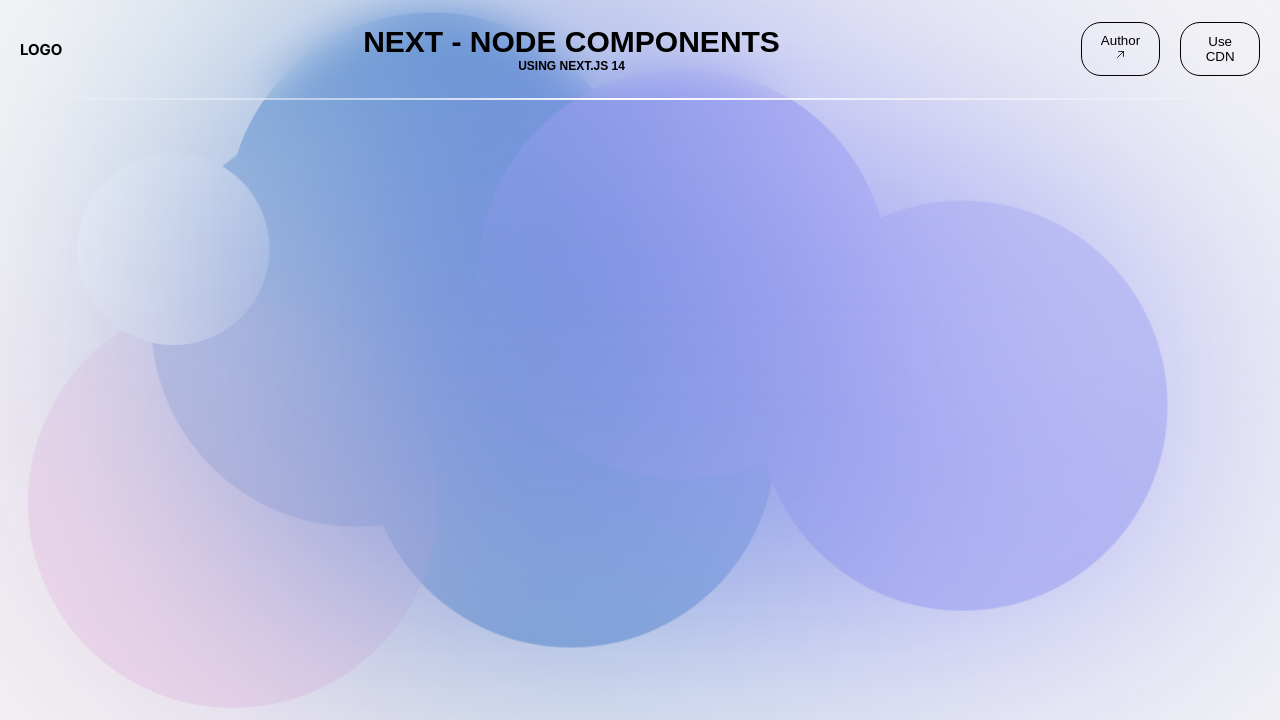
Repository: keval-gohil/komponents
Page: /
An editor plug-in stored every save of this project. The page is shown before and after the next save, followed by the edit.
The browser window is 1280 px wide. The pictures show the whole page.
Some web fonts or font styles are not loaded; a fallback is used. The project was rebuilt for these pictures with package versions that can differ from the ones it lists, and the page was loaded fresh each time. The framework's server and built-in components were replaced by stand-ins that run in the browser. Also part of the build but not shown: next.config.mjs.

Above is the page before, as saved 2024-03-07 12:45:25.

### app/layout.js
import { Inter } from "next/font/google";
import "./globals.css";

const inter = Inter({ subsets: ["latin"] });

export const metadata = {
  title: "Komponents | Next-Node",
  description: "Generated by create next app",
};

export default function RootLayout({ children }) {
  return (
    <html lang="en" suppressHydrationWarning={true}>
      <body className={inter.className}>{children}</body>
    </html>
  );
}

### app/page.js
import Background from '@/components/reuse/background'
import Header from '@/components/reuse/header'
import React from 'react'

const page = () => {
  return (
    <>
      <Background />
      <Header />
    </>
  )
}

export default page

### app/globals.css

*,
*:before,
*:after {
	padding: 0;
	margin: 0;
	box-sizing: border-box;
	-webkit-tap-highlight-color: transparent;
}

html {
	scroll-behavior: smooth;
	font-size: 10px;
}

body {
	width: 100%;
	height: 100%;
	overflow-x: hidden;
	background-color: whitesmoke;
}

.bouncing-blob {
	width: 32vw;
	aspect-ratio: 1;
	border-radius: 50%;
	will-change: transform;
	position: absolute;
	z-index: 1;
	top: 0;
	left: 0;
	transform-origin: left top;
  }

  .bouncing-blob--blue {
	background: #4783c7;
  }

  .bouncing-blob--white {
	background: #ffffff;
	z-index: 2;
	width: 15vw;
  }

  .bouncing-blob--purple {
	background: #8c8ff1;
  }

  .bouncing-blob--pink {
	background: #e289cd50;
  }

  .bouncing-blobs-container {
	position: fixed;
	z-index: -1;
	top: 0;
	left: 0;
	width: 100%;
	height: 100%;
  }

  .bouncing-blobs-glass {
	position: absolute;
	z-index: 2;
	top: 0;
	left: 0;
	width: 100%;
	height: 100%;
	backdrop-filter: blur(140px);
	-webkit-backdrop-filter: blur(140px);
	pointer-events: none;
  }

  .bouncing-blobs {
	position: absolute;
	z-index: 1;
	top: 0;
	left: 0;
	width: 100%;
	height: 100%;
  }

  .main-content {
	display: flex;
	flex-direction: column;
	justify-content: center;
	align-items: center;
	width: 100%;
  }




  @media (max-width: 1200px) {
	.bouncing-blobs-glass {
	  backdrop-filter: blur(120px);
	  -webkit-backdrop-filter: blur(120px);
	}
  }

  @media (max-width: 500px) {
	.bouncing-blob {
	  width: 60vw;
	}
	.bouncing-blob--white {
	  width: 30vw;
	}
	.bouncing-blobs-glass {
	  backdrop-filter: blur(90px);
	  -webkit-backdrop-filter: blur(90px);
	}

  }

### components/reuse/background.js
'use client'
import React, { useEffect } from 'react';

const MIN_SPEED = 1.5;
const MAX_SPEED = 2.5;

function randomNumber(min, max) {
  return Math.random() * (max - min) + min;
}

class Blob {
  constructor(el) {
    this.el = el;
    const boundingRect = this.el.getBoundingClientRect();
    this.size = boundingRect.width;
    this.initialX = randomNumber(0, window.innerWidth - this.size);
    this.initialY = randomNumber(0, window.innerHeight - this.size);
    this.el.style.top = `${this.initialY}px`;
    this.el.style.left = `${this.initialX}px`;
    this.vx =
      randomNumber(MIN_SPEED, MAX_SPEED) * (Math.random() > 0.5 ? 1 : -1);
    this.vy =
      randomNumber(MIN_SPEED, MAX_SPEED) * (Math.random() > 0.5 ? 1 : -1);
    this.x = this.initialX;
    this.y = this.initialY;
  }

  update() {
    this.x += this.vx;
    this.y += this.vy;
    if (this.x >= window.innerWidth - this.size) {
      this.x = window.innerWidth - this.size;
      this.vx *= -1;
    }
    if (this.y >= window.innerHeight - this.size) {
      this.y = window.innerHeight - this.size;
      this.vy *= -1;
    }
    if (this.x <= 0) {
      this.x = 0;
      this.vx *= -1;
    }
    if (this.y <= 0) {
      this.y = 0;
      this.vy *= -1;
    }
  }

  move() {
    this.el.style.transform = `translate(${this.x - this.initialX}px, ${
      this.y - this.initialY
    }px)`;
  }
}

function Background() {
  useEffect(() => {
    const blobEls = document.querySelectorAll('.bouncing-blob');
    const blobs = Array.from(blobEls).map((blobEl) => new Blob(blobEl));

    function update() {
      requestAnimationFrame(update);
      blobs.forEach((blob) => {
        blob.update();
        blob.move();
      });
    }

    requestAnimationFrame(update);

    return () => cancelAnimationFrame(update);
  }, []);

  return (
    <div className="bouncing-blobs-container">
      <div className="bouncing-blobs-glass"></div>
      <div className="bouncing-blobs">
        <div className="bouncing-blob bouncing-blob--blue"></div>
        <div className="bouncing-blob bouncing-blob--blue"></div>
        <div className="bouncing-blob bouncing-blob--blue"></div>
        <div className="bouncing-blob bouncing-blob--white"></div>
        <div className="bouncing-blob bouncing-blob--purple"></div>
        <div className="bouncing-blob bouncing-blob--purple"></div>
        <div className="bouncing-blob bouncing-blob--pink"></div>
      </div>
    </div>
  );
}

export default Background;

### components/reuse/header.js
import React from 'react'
import Style from '@/components/reuse/styles/style.css'

const Header = () => {
  return (
    <>
        <nav>
            <h1>LOGO</h1>
            <h2>Next - Node Components<span>using Next.js 14</span></h2>
            <div>
              <button>Author <i className='mynaui--arrow-up-right'></i></button>
              <button>Use CDN</button>
            </div>
        </nav>
    </>
  )
}

export default Header

### components/reuse/styles/style.css
@import url('https://fonts.googleapis.com/css2?family=Anta&display=swap');


nav{
    display: flex;
    justify-content: space-between;
    align-items: center;
    background: transparent;
    backdrop-filter: blur(20px);
    height: 10rem;
    border-bottom: 0.2rem solid transparent;
    border-image: linear-gradient(0.25turn, rgba(56,2,155,0), #fff, rgba(56,2,155,0));
    border-image-slice: 1;
    padding: 0 2rem;
}

nav h2{
    width: 90%;
    display: flex;
    flex-direction: column;
    text-align: center;
    font-family: "Anta", sans-serif;
    text-transform: uppercase;
    font-size: 3rem;
}
nav h2 span{
    font-size: 1.2rem;
    margin: 0;
    padding: 0;
}

nav div{
    display: flex;
    gap: 2rem;
}
nav div button{
    padding: 1rem 1.5rem;
    border: 0.1rem solid #000;
    border-radius: 2rem;
    background: transparent;
}
nav div button .mynaui--arrow-up-right {
    display: inline-block;
    width: 1em;
    height: 1em;
    --svg: url("data:[embedded picture, 231 characters]");
    background-color: currentColor;
    -webkit-mask-image: var(--svg);
    mask-image: var(--svg);
    -webkit-mask-repeat: no-repeat;
    mask-repeat: no-repeat;
    -webkit-mask-size: 100% 100%;
    mask-size: 100% 100%;
  }

After the next save:
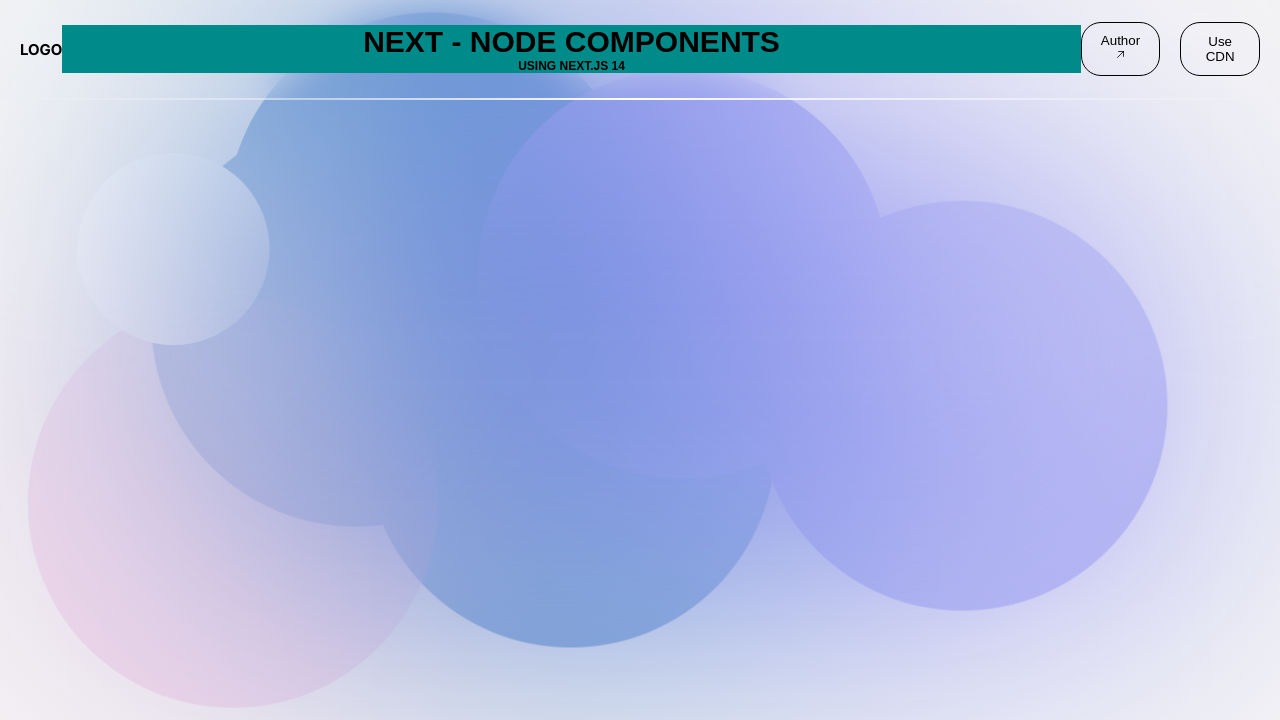
Saved 15 s later.
--- a/components/reuse/styles/style.css
+++ b/components/reuse/styles/style.css
@@ -22,6 +22,7 @@
     font-family: "Anta", sans-serif;
     text-transform: uppercase;
     font-size: 3rem;
+    background: darkcyan;
 }
 nav h2 span{
     font-size: 1.2rem;
